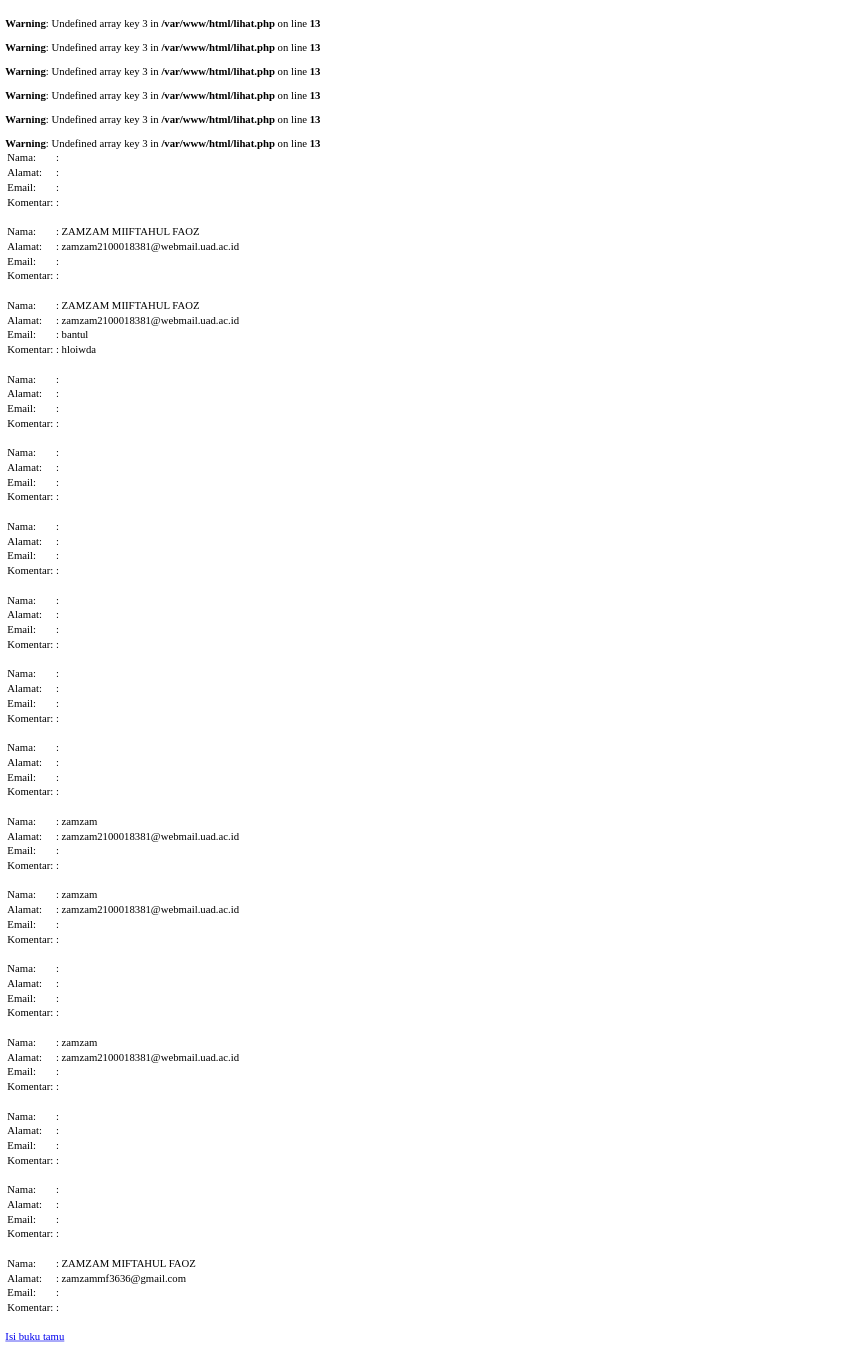
Repository: zamzam00001111/Responsi-Pweb
Page: http://localhost/lihat.php
An editor plug-in stored every save of this project. The page is shown before and after the next save, followed by the edit.
The browser window is 1280 px wide. The pictures show the whole page, at 67% of full size.
The page is run by PHP 8.4 with error messages shown; the project is at /var/www/html/.

Above is the page before, as saved 2022-07-21 02:47:21.

After the next save:
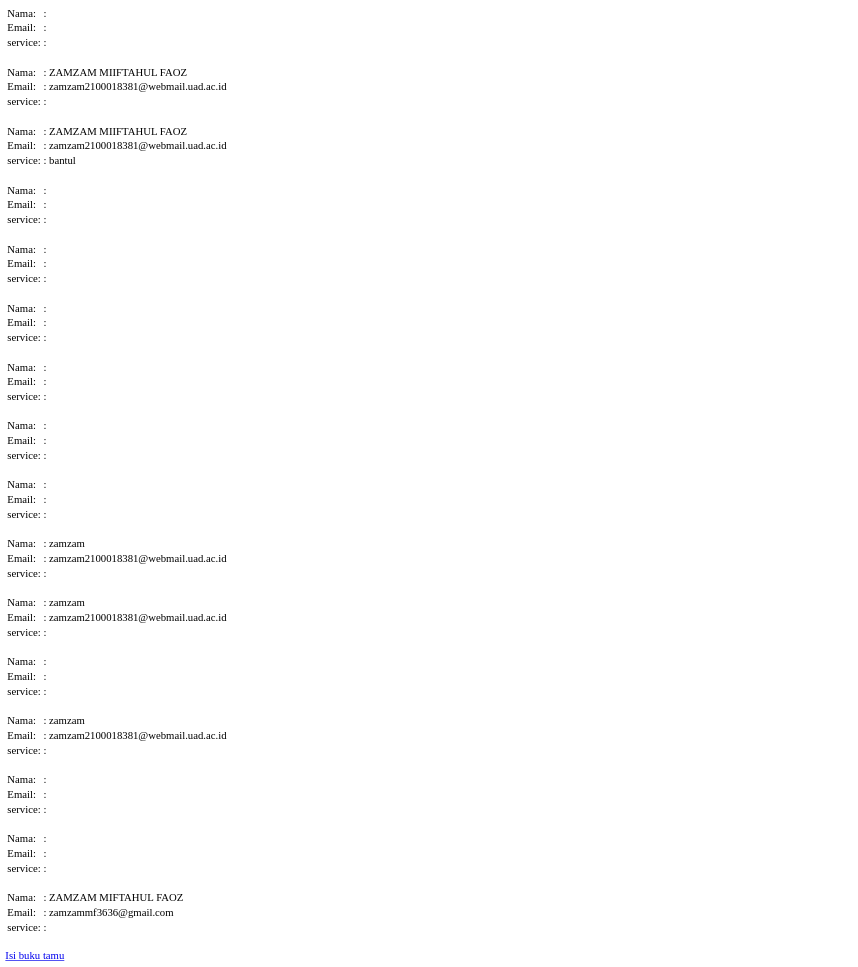
Saved 2 min 44 s later.
--- a/lihat.php
+++ b/lihat.php
@@ -8,12 +8,11 @@ echo "<table border='0'>";
 while ($isi = fgets($fp)) {
     $pisah = explode('|', $isi);
     echo "<tr><td>Nama: </td><td>: $pisah[0] </td></tr>";
-    echo "<tr><td>Alamat: </td><td>: $pisah[1] </td></tr>";
-    echo "<tr><td>Email: </td><td>: $pisah[2] </td></tr>";
-    echo "<tr><td>Komentar: </td><td>: $pisah[3] </td></tr>";
+    echo "<tr><td>Email: </td><td>: $pisah[1] </td></tr>";
+    echo "<tr><td>service: </td><td>: $pisah[2] </td></tr>";
     echo "<tr><td><br></td><td><br></td></tr>";
 }
 echo "</table>";
-echo "<a href='tampilan.php'> Isi buku tamu </a>";
+echo "<a href='barber.html'> Isi buku tamu </a>";
 
 ?>
